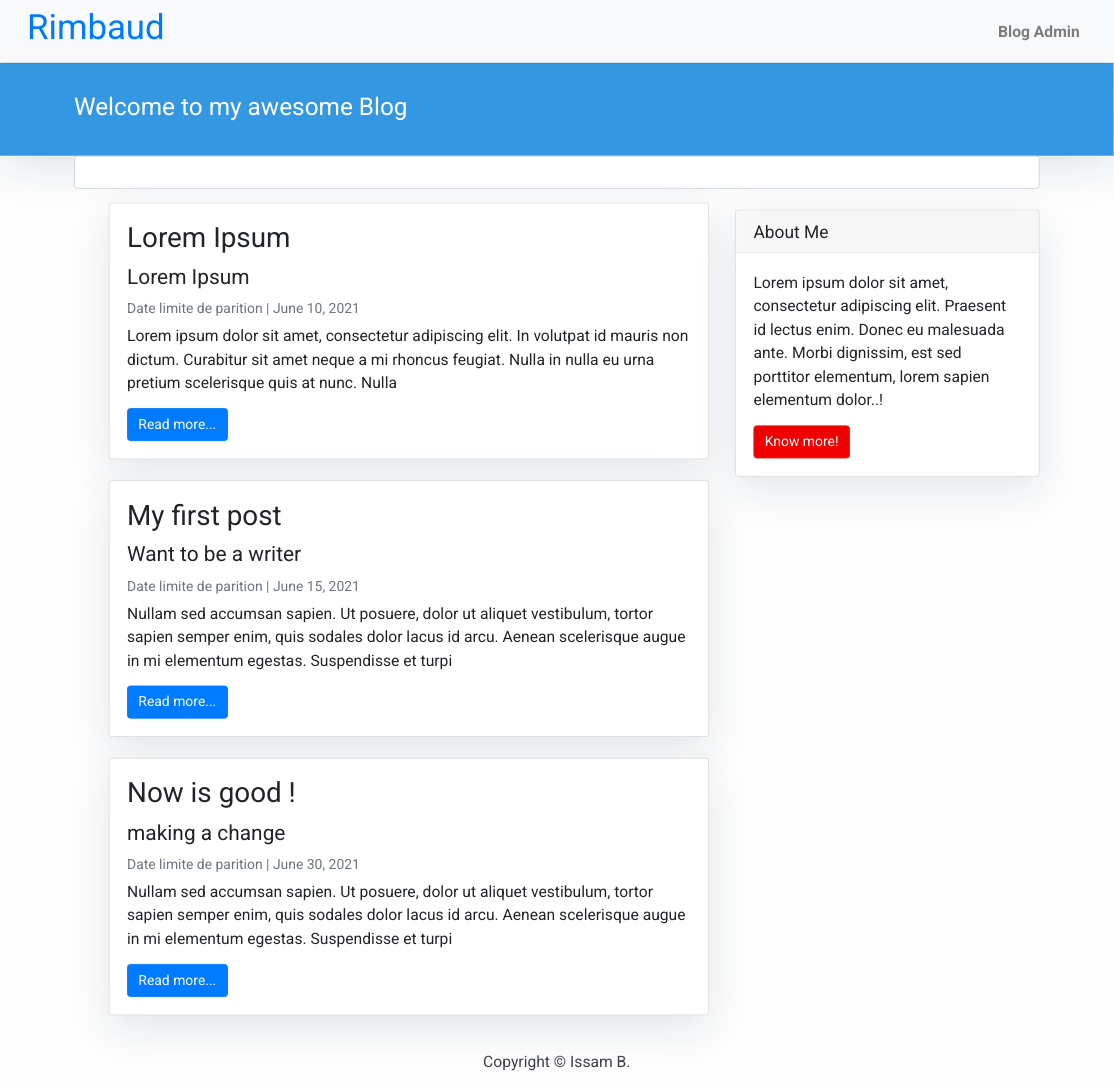
Repository: IssamBouzidi/rimbaud
Page: http://localhost/
An editor plug-in stored every save of this project. The page is shown before and after the next save, followed by the edit.
The browser window is 1280 px wide. The pictures show the whole page, at 87% of full size.
The page is served by the project's application, run on Django 3.2 (manage.py). Other server files are loaded and not shown. The page reads the database file committed with the project.

Above is the page before, as saved 2021-06-04 01:19:53.

### blog/templates/index.html
{% extends "base.html" %}
{% block content %}
<style>
    body {
        font-family: "Roboto", sans-serif;
        font-size: 18px;
        background-color: #fdfdfd;
    }

    .head_text {
        color: white;
    }

    .card {
        box-shadow: 0 16px 48px #E3E7EB;
    }

    #id_radio:checked~.title_box {
        display: none;
    }

    #title_radio:checked~.id_box {
        display: none;
    }
</style>
<header class="masthead">
    <div class="overlay"></div>
    <div class="container">
        <div class="row">
            <div class=" col-md-8 col-md-10">
                <div class="site-heading">
                    <h3 class=" site-heading my-4 mt-3 text-white"> Welcome to my awesome Blog </h3>
                    </p>
                </div>
            </div>
        </div>
    </div>
</header>
<div class="container">
    <!-- <span class="title_box">Rechercher par titre: </span> -->
    <!-- <input type="text" id="title_box" class="title_box search_box"> -->
    <input type="text" class="form-control title_box search_box" id="title_box" aria-describedby="emailHelp">
    <div class="row">
        <!-- Blog Entries Column -->
        <div id="articles_block" class="col-md-8 mt-3 left">
            {% include "detail_article.html" %}
        </div>
        {% block sidebar %} {% include 'sidebar.html' %} {% endblock sidebar %}
    </div>
</div>
<script type="text/javascript">
    const search_boxes = document.getElementsByClassName('search_box')
    const block_list = document.getElementById('articles_block')
    console.log('pass');
    const inputHandler = function (e) {
        console.log('function');
        value = document.getElementById("title_box").value;

        console.log('value: ' + value)
        request = new Request(
            '/search_article/' + value
        );

        fetch(request)
            .then(res => {
                if (res.ok) {
                    console.log('ok')
                    return res.text();
                } else {
                    console.log('error')
                    return Promise.reject(res.status);
                }
            })
            .then(res => block_list.innerHTML = res)
            .catch(err => console.log(`Erreur avec le message : ${err}`));
    }

    Array.prototype.forEach.call(search_boxes, function (search_box) { search_box.addEventListener('input', inputHandler) });

</script>
{%endblock%}

### blog/templates/base.html
<!DOCTYPE html>
<html>

    <head>
        <title>Django Central</title>
        <link href="https://fonts.googleapis.com/css?family=Roboto:400,700" rel="stylesheet">
        <meta name="google" content="notranslate" />
        <meta name="viewport" content="width=device-width, initial-scale=1" />
        <link rel="stylesheet" href="https://maxcdn.bootstrapcdn.com/bootstrap/4.0.0/css/bootstrap.min.css" integrity="sha384-Gn5384xqQ1aoWXA+058RXPxPg6fy4IWvTNh0E263XmFcJlSAwiGgFAW/dAiS6JXm"
            crossorigin="anonymous" />
    </head>

    <body>
        <style>
            body {
            font-family: "Roboto", sans-serif;
            font-size: 17px;
            background-color: #fdfdfd;
        }
        .shadow {
            box-shadow: 0 4px 2px -2px rgba(0, 0, 0, 0.1);
        }
        .btn-danger {
            color: #fff;
            background-color: #f00000;
            border-color: #dc281e;
        }
        .masthead {
            background: #3398E1;
            height: auto;
            padding-bottom: 15px;
            box-shadow: 0 16px 48px #E3E7EB;
            padding-top: 10px;
        }
    </style>

    <!-- {% block title %}{% if subtitle %}{{ subtitle }} | {% endif %}{{ title }} | {{ site_title|default:_('Django site admin') }}{% endblock %} -->
        <!-- Navigation -->
        <nav class="navbar navbar-expand-lg navbar-light bg-light shadow" id="mainNav">
            <div class="container-fluid">
                {% block branding %}
                    <h1 id="site-name"><a href="#">Rimbaud</a></h1>
                {% endblock %}
                <button class="navbar-toggler navbar-toggler-right" type="button" data-toggle="collapse" data-target="#navbarResponsive"
                    aria-controls="navbarResponsive" aria-expanded="false" aria-label="Toggle navigation">
                    <span class="navbar-toggler-icon"></span>
                </button>
                <div class="collapse navbar-collapse" id="navbarResponsive">
                    <ul class="navbar-nav ml-auto">
                        <li class="nav-item text-black">
                            <a class="nav-link text-black font-weight-bold" href="{% url 'admin:index' %}">
                                {{ site_title|default:_('Blog Admin') }}
                            </a>
                        </li>
                    </ul>
                </div>
            </div>
        </nav>
        {% block content %}
        <!-- Content Goes here -->
        {% endblock content %}
        <!-- Footer -->
        <footer class="py-3 bg-grey">
            <p class="m-0 text-dark text-center ">Copyright &copy; Issam B.</p>
        </footer>
    </body>
</html>

### blog/templates/detail_article.html
<ul>
    {% for article in articles %}
    <div class="card mb-4">
        <div class="card-body">
            <h2 class="card-title">{{ article.title }}</h2>
            <h4 class="card-title">{{ article.description }}</h4>
            <p class="card-text text-muted h6">Date limite de parition | {{ article.visibility_date_limit}} </p>
            <p class="card-text">{{article.article|slice:":200" }}</p>
            <a href="/article/{{ article.id }}" class="btn btn-primary">Read more...</a>
        </div>
    </div>
    {% endfor %}
</ul>

### blog/templates/sidebar.html
{% block sidebar %}

<style>
        .card{
            box-shadow: 0 16px 48px #E3E7EB;
        }

</style>

<!-- Sidebar Widgets Column -->
<div class="col-md-4 float-right ">
<div class="card my-4">
        <h5 class="card-header">About Me</h5>
    <div class="card-body">
        <p class="card-text"> Lorem ipsum dolor sit amet, consectetur adipiscing elit. Praesent id lectus enim. Donec eu malesuada ante. Morbi dignissim, est sed porttitor elementum, lorem sapien elementum dolor..!</p>
        <a href="#" class="btn btn-danger">Know more!</a>
    </div>
</div>
</div>

{% endblock sidebar %}

### blog/models.py
from django.db import models


class Article(models.Model):
    title = models.CharField("Titre", max_length=25)
    description = models.CharField("Déscription", max_length=50)
    article = models.TextField("Article", max_length=1000)
    visibility_date_limit = models.DateField("Date limite de parution")
    visible_only_by_admin = models.BooleanField("Article visible par l'administrateur uniquement", default=True)

### blog/views.py
from django.shortcuts import render
from django.http import HttpResponse
from blog.models import Article
from django.db.models.query import QuerySet
import datetime


def get_all(request):
    query = __find_articles_query(request.user.is_superuser)
    articles_list = {"articles": query}
#    return render(request, "all.html", articles_list)
    return render(request, "index.html", articles_list)



def get_article(request, id: str):
    print(f'id: {id.__class__.__name__}')
    query = (__find_articles_query(request.user.is_superuser).filter(id=id).first())
    article = {"article": query}
    return render(request, "article.html", article)


def search_article(request, title: str = None):
    if title is None:
        query = __find_articles_query(request.user.is_superuser)
    else:
        query = __find_articles_query(request.user.is_superuser).filter(
            title__icontains=title
        )

    articles_list = {"articles": query}
    return render(request, "detail_article.html", articles_list)


def __find_articles_query(is_admin: bool = False) -> QuerySet:
    articles = Article.objects.exclude(
        visibility_date_limit__lt=datetime.datetime.now(),
    ).order_by("id")

    if not is_admin:
        articles = articles.exclude(
            visible_only_by_admin=True,
        )

    return articles

### rimbaud/urls.py
"""rimbaud URL Configuration

The `urlpatterns` list routes URLs to views. For more information please see:
    https://docs.djangoproject.com/en/3.1/topics/http/urls/
Examples:
Function views
    1. Add an import:  from my_app import views
    2. Add a URL to urlpatterns:  path('', views.home, name='home')
Class-based views
    1. Add an import:  from other_app.views import Home
    2. Add a URL to urlpatterns:  path('', Home.as_view(), name='home')
Including another URLconf
    1. Import the include() function: from django.urls import include, path
    2. Add a URL to urlpatterns:  path('blog/', include('blog.urls'))
"""
from django.contrib import admin
from django.urls import include, path

urlpatterns = [
    path('admin/', admin.site.urls),
    path('', include('blog.urls'))
]

### blog/urls.py
from django.urls import path

from . import views

urlpatterns = [
    path("", views.get_all),
    path("article/<str:id>", views.get_article),
    path("search_article/", views.search_article),
    path("search_article/<str:title>", views.search_article)
]

### db.sqlite3 (the tables this page reads, as SQL)
CREATE TABLE "blog_article" ("id" integer NOT NULL PRIMARY KEY AUTOINCREMENT, "title" varchar(25) NOT NULL, "description" varchar(50) NOT NULL, "article" text NOT NULL, "visible_only_by_admin" bool NOT NULL, "visibility_date_limit" date NOT NULL);
INSERT INTO "blog_article" VALUES
(1, 'Lorem Ipsum', 'Lorem Ipsum', 'Lorem ipsum dolor sit amet, consectetur adipiscing elit. In volutpat id mauris non dictum. Curabitur sit amet neque a mi rhoncus feugiat. Nulla in nulla eu urna pretium scelerisque quis at nunc. Nulla leo purus, blandit a porta in, auctor ac ante. Praesent suscipit turpis volutpat velit suscipit maximus. Donec eget tincidunt lacus, sed ultrices diam. Vestibulum tellus nisl, pellentesque suscipit ornare rhoncus, accumsan eu elit. Aliquam erat volutpat. Vivamus dictum nibh ut sem molestie, et maximus sapien vestibulum. Pellentesque faucibus porta leo.

Vivamus feugiat enim dui, id ultricies dui vulputate et. Nam vulputate erat nisi, sed interdum nibh convallis ut. Morbi vitae quam quis mi mollis luctus ut in arcu. Nam vel enim ac mauris pulvinar dignissim quis at augue. Phasellus in nisi justo. Maecenas condimentum efficitur justo vel ultricies. Vivamus commodo, arcu non cursus congue, nisi magna ultricies magna, vel consequat tortor leo vel nunc.', 0, '2021-06-10'),
(2, 'My first post', 'Want to be a writer', 'Nullam sed accumsan sapien. Ut posuere, dolor ut aliquet vestibulum, tortor sapien semper enim, quis sodales dolor lacus id arcu. Aenean scelerisque augue in mi elementum egestas. Suspendisse et turpis et nibh pretium ultricies venenatis nec urna. Mauris eget congue enim. Nulla condimentum ex quis suscipit gravida. Praesent tristique massa ac dignissim commodo. Fusce purus tellus, mattis nec bibendum nec, maximus sed risus. Morbi consequat pellentesque erat et blandit. Interdum et malesuada fames ac ante ipsum primis in faucibus. Donec imperdiet nisl sit amet nibh ornare, dapibus sodales ligula finibus. Curabitur sagittis faucibus tempus. In ante nulla, aliquam bibendum quam eget, accumsan semper urna.

Sed euismod libero ut fermentum finibus. Donec vulputate varius tortor, id dapibus ex rutrum sed. Vestibulum sed odio lacus. Integer commodo lacus vel ex congue rhoncus in non erat. Maecenas efficitur interdum tincidunt. Vivamus semper, leo at lacinia sodales, sapien tortor egestas', 0, '2021-06-15'),
(3, 'Now is good !', 'making a change', 'Nullam sed accumsan sapien. Ut posuere, dolor ut aliquet vestibulum, tortor sapien semper enim, quis sodales dolor lacus id arcu. Aenean scelerisque augue in mi elementum egestas. Suspendisse et turpis et nibh pretium ultricies venenatis nec urna. Mauris eget congue enim. Nulla condimentum ex quis suscipit gravida. Praesent tristique massa ac dignissim commodo. Fusce purus tellus, mattis nec bibendum nec, maximus sed risus. Morbi consequat pellentesque erat et blandit. Interdum et malesuada fames ac ante ipsum primis in faucibus. Donec imperdiet nisl sit amet nibh ornare, dapibus sodales ligula finibus. Curabitur sagittis faucibus tempus. In ante nulla, aliquam bibendum quam eget, accumsan semper urna.

Sed euismod libero ut fermentum finibus. Donec vulputate varius tortor, id dapibus ex rutrum sed. Vestibulum sed odio lacus. Integer commodo lacus vel ex congue rhoncus in non erat. Maecenas efficitur interdum tincidunt. Vivamus semper, leo at lacinia sodales, sapien tortor egestas', 0, '2021-06-30');

After the next save:
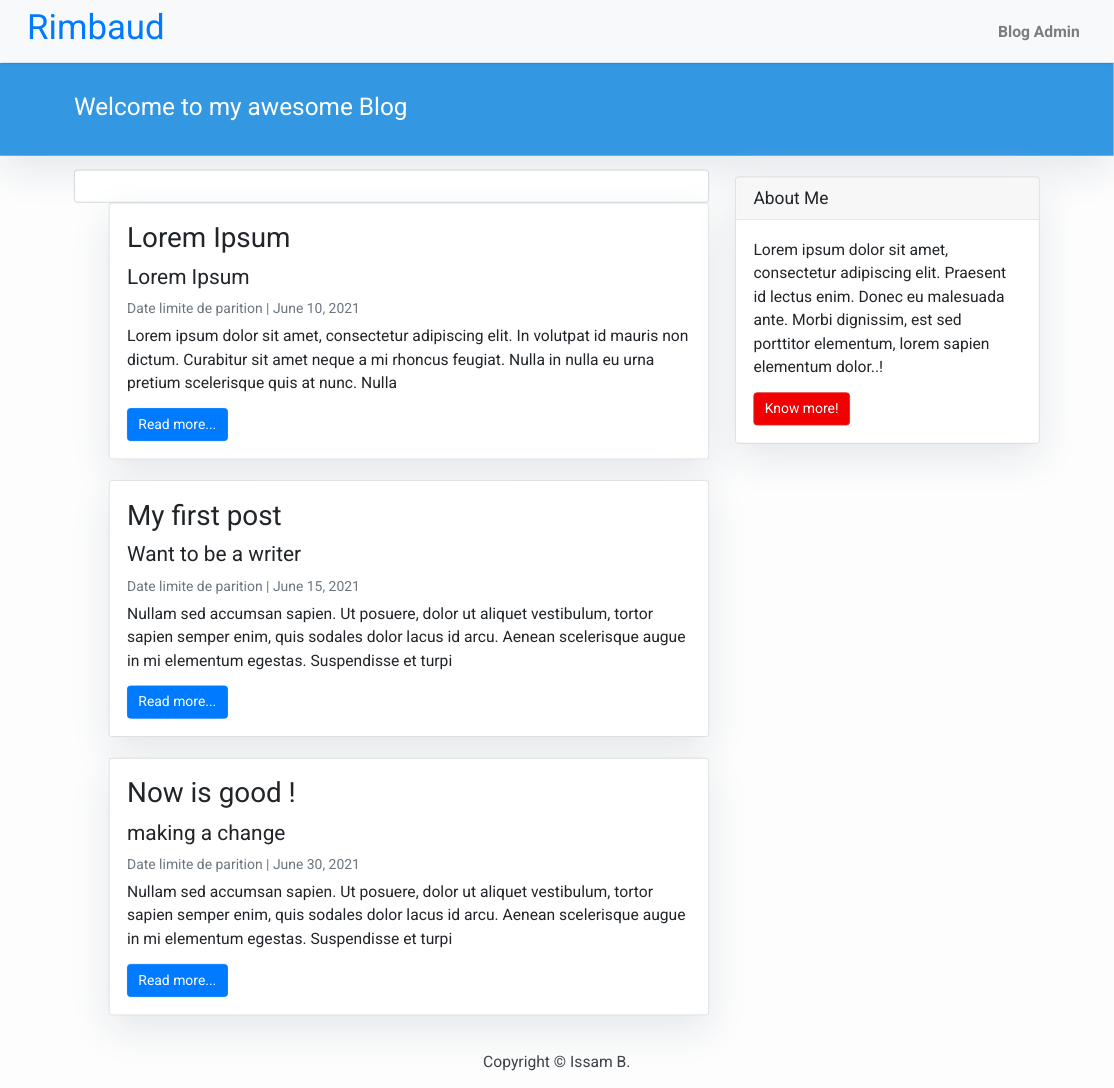
Saved 39 s later.
--- a/blog/templates/index.html
+++ b/blog/templates/index.html
@@ -39,10 +39,10 @@
 <div class="container">
     <!-- <span class="title_box">Rechercher par titre: </span> -->
     <!-- <input type="text" id="title_box" class="title_box search_box"> -->
-    <input type="text" class="form-control title_box search_box" id="title_box" aria-describedby="emailHelp">
     <div class="row">
         <!-- Blog Entries Column -->
         <div id="articles_block" class="col-md-8 mt-3 left">
+            <input type="text" class="form-control title_box search_box" id="title_box" aria-describedby="emailHelp">
             {% include "detail_article.html" %}
         </div>
         {% block sidebar %} {% include 'sidebar.html' %} {% endblock sidebar %}

After the save that followed:
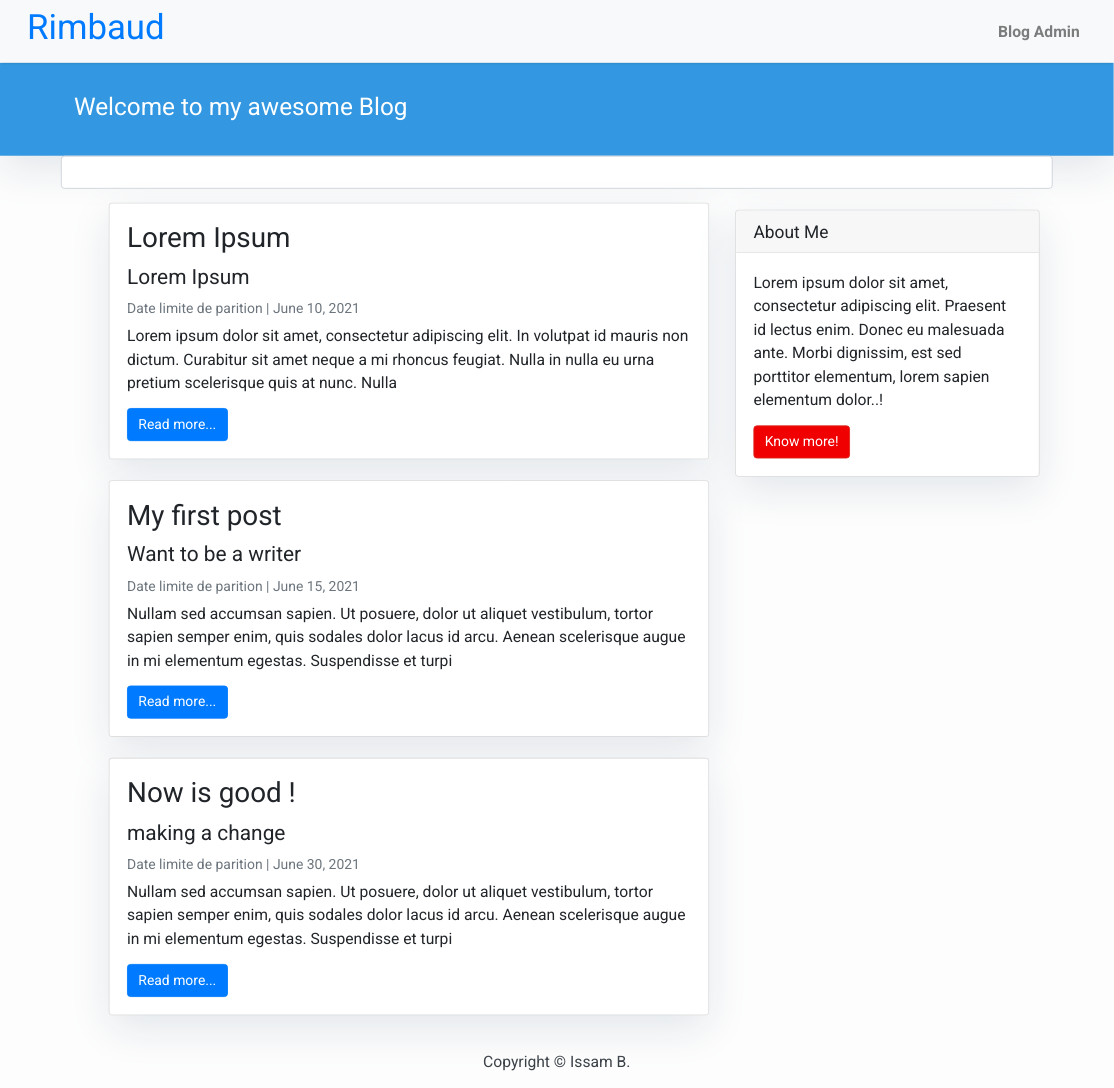
Saved 24 s later.
--- a/blog/templates/index.html
+++ b/blog/templates/index.html
@@ -41,8 +41,8 @@
     <!-- <input type="text" id="title_box" class="title_box search_box"> -->
     <div class="row">
         <!-- Blog Entries Column -->
+        <input type="text" class="form-control title_box search_box" id="title_box" aria-describedby="emailHelp">
         <div id="articles_block" class="col-md-8 mt-3 left">
-            <input type="text" class="form-control title_box search_box" id="title_box" aria-describedby="emailHelp">
             {% include "detail_article.html" %}
         </div>
         {% block sidebar %} {% include 'sidebar.html' %} {% endblock sidebar %}
